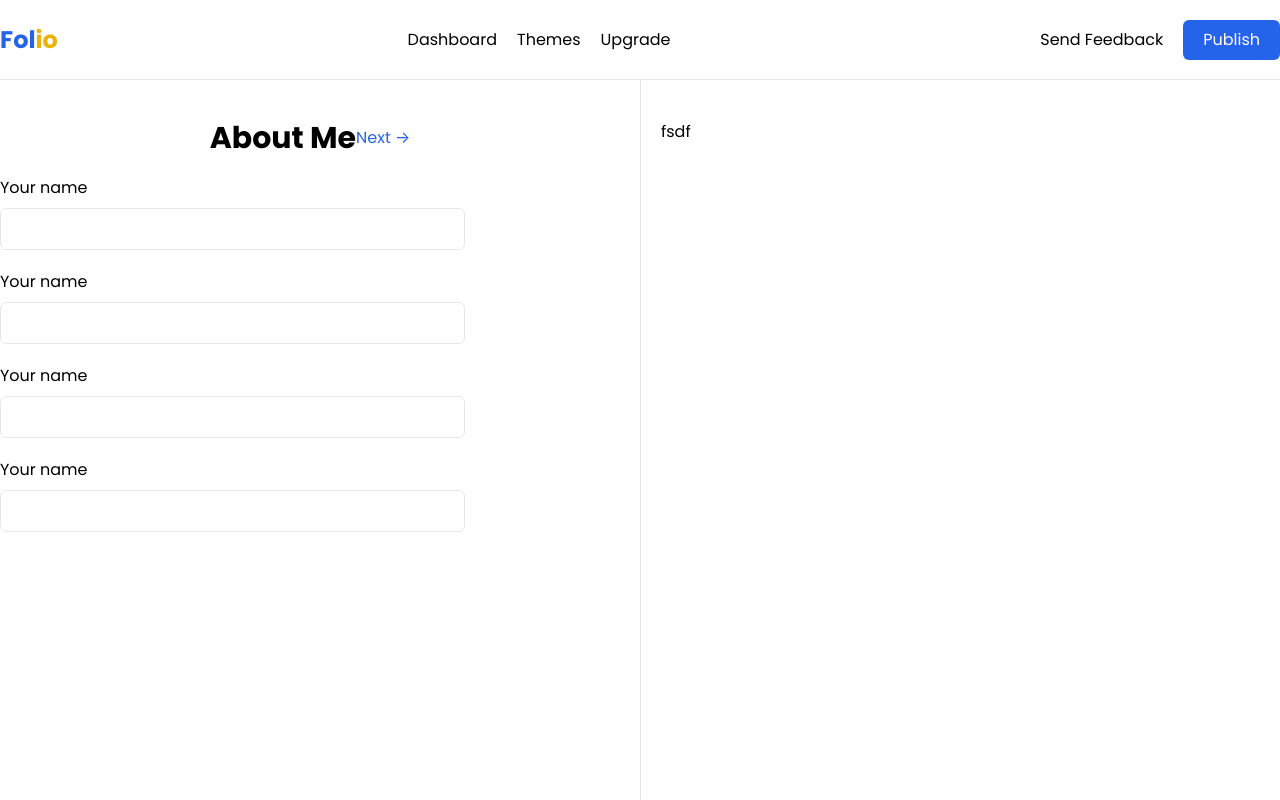
Repository: langford-dev/follio
Page: /
The author's editor kept a copy of each file at every save. The page is drawn from the files as they stood at one save, then again after the next save.
The browser window is 1280 px wide. The pictures show the whole page.
The project was rebuilt for these pictures with package versions that can differ from the ones it lists, and the page was loaded fresh each time. The framework's server and built-in components were replaced by stand-ins that run in the browser. Also part of the build but not shown: next.config.js, components/pageView.js.

Above is the page before, as saved 2022-03-19 10:59:02.

### pages/_app.js
import { AppProvider } from '../context/context'
import '../styles/globals.css'

function MyApp({ Component, pageProps }) {
  return <AppProvider>
    <Component {...pageProps} />
  </AppProvider>
}

export default MyApp

### pages/index.js
import EditView from '../components/body'
import Header from '../components/header'

export default function Home() {
  return <div>
    <Header />
    <EditView />
  </div>
}

### context/context.js
import { createContext, useEffect } from "react"

export const AppContext = createContext()

export const AppProvider = ({ children }) => {
    return <AppContext.Provider>
        {children}
    </AppContext.Provider>
}

### styles/globals.css
@import url('https://fonts.googleapis.com/css2?family=Poppins:wght@300;400;500;600;700;800&display=swap');

@tailwind base;
@tailwind components;
@tailwind utilities;


html,
body {
  /* background: #e2e8f013; */
  padding: 0;
  margin: 0;
}

a {
  color: inherit;
  text-decoration: none;
}

* {
  box-sizing: border-box;
  font-family: "Poppins", -apple-system, BlinkMacSystemFont, Segoe UI, Roboto, Oxygen,
    Ubuntu, Cantarell, Fira Sans, Droid Sans, Helvetica Neue, sans-serif;
}

### components/body.js
import PageView from "./pageView"

const styles = {
    pageView: `m-auto max-w-screen-xl h-screen pt-20`,
    title: `text-3xl font-bold`,
    flexView: `flex h-screen`,
    editingView: `w-1/2 p-5 pt-10 pl-0`,
    preview: `border-l w-1/2 p-5 pt-10`,
    inputContainer: `flex flex-col mt-5`,
    input: `border p-2 outline-none mt-2 w-9/12 rounded-md`,
    label: ``,
    textButton: `text-blue-600`,
    pageTitleView: `flex items-center justify-center`,
}

const EditView = () => {
    return <div className={styles.pageView}>
        <div className={styles.flexView}>
            <div className={styles.editingView}>
                <div className={styles.pageTitleView}>
                    <p className={styles.title}>About Me</p>
                    <p className={styles.textButton}>Next &rarr;</p>
                </div>
                <div className={styles.inputContainer}>
                    <label className={styles.label}>Your name</label>
                    <input type="text" className={styles.input} />
                </div>
                <div className={styles.inputContainer}>
                    <label className={styles.label}>Your name</label>
                    <input type="text" className={styles.input} />
                </div>
                <div className={styles.inputContainer}>
                    <label className={styles.label}>Your name</label>
                    <input type="text" className={styles.input} />
                </div>
                <div className={styles.inputContainer}>
                    <label className={styles.label}>Your name</label>
                    <input type="text" className={styles.input} />
                </div>
            </div>
            <div className={styles.preview}>fsdf</div>
        </div>
    </div>
}

export default EditView

### components/header.js
import Link from "next/link"
import Logo from "./logo"

const styles = {
    header: `border-b h-20 bg-white fixed w-screen top-0 left-0`,
    headerWrapper: `m-auto max-w-screen-xl h-full flex items-center justify-between`,
    button: `bg bg-blue-600 text-white h-10 px-5 flex items-center justify-center rounded-md cursor-pointer`,
    nav: `flex`,
    navLink: `mr-5 hover:text-blue-600 cursor-pointer`,
}

const Header = () => {
    return <header className={styles.header}>
        <div className={styles.headerWrapper}>
            <Logo />
            <nav className={styles.nav}>
                <Link passHref={true} href="/"><p className={styles.navLink}>Dashboard</p></Link>
                <Link passHref={true} href="/"><p className={styles.navLink}>Themes</p></Link>
                <Link passHref={true} href="/"><p className={styles.navLink}>Upgrade</p></Link>
            </nav>
            <div className="flex items-center">
                <p className="mr-5">Send Feedback</p>
                <div className={styles.button}>Publish</div>
            </div>
        </div>
    </header>
}

export default Header

### components/logo.js
const Logo = () => {
    return <p className="font-bold text-2xl text-blue-600">Fol<span className="text-yellow-500">io</span></p>
}

export default Logo

Loaded but not shown: tailwind.config.js (common file)

After the next save:
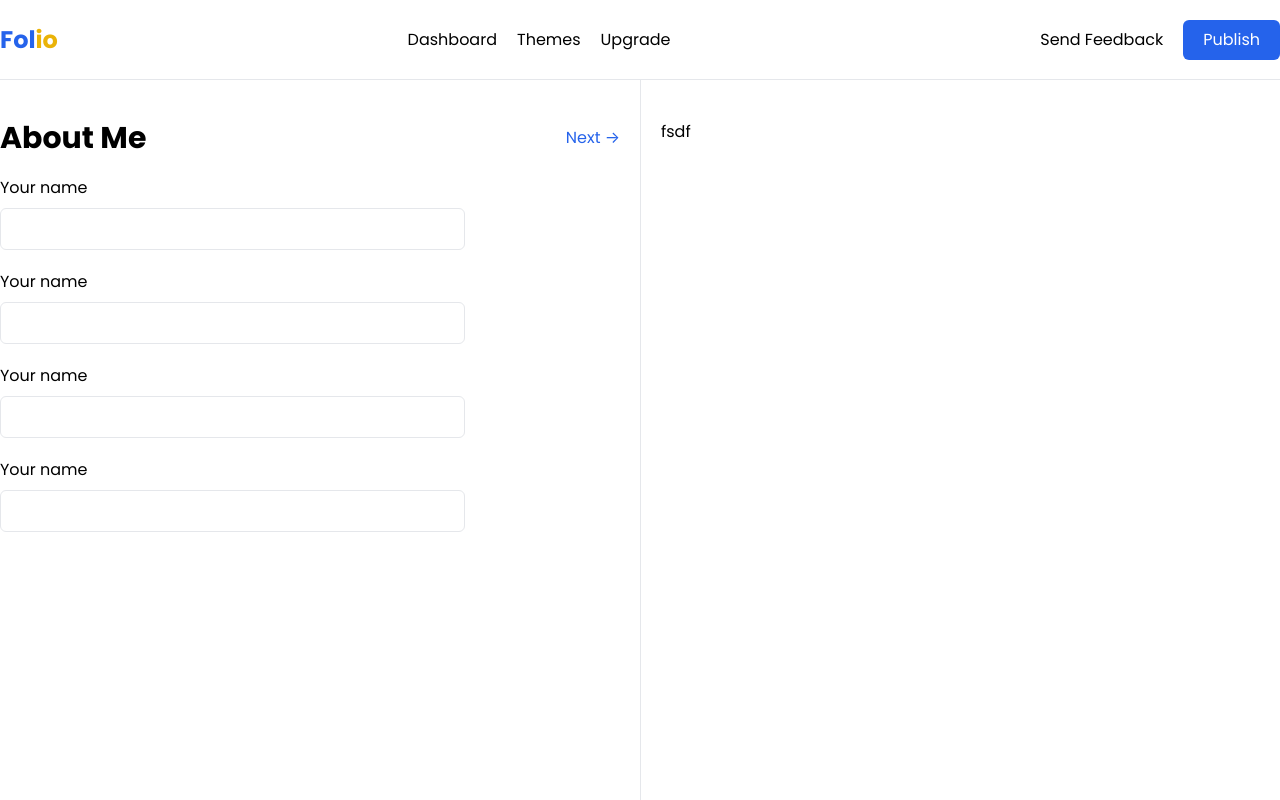
Saved 4 s later.
--- a/components/body.js
+++ b/components/body.js
@@ -10,7 +10,7 @@ const styles = {
     input: `border p-2 outline-none mt-2 w-9/12 rounded-md`,
     label: ``,
     textButton: `text-blue-600`,
-    pageTitleView: `flex items-center justify-center`,
+    pageTitleView: `flex items-center justify-between`,
 }
 
 const EditView = () => {
